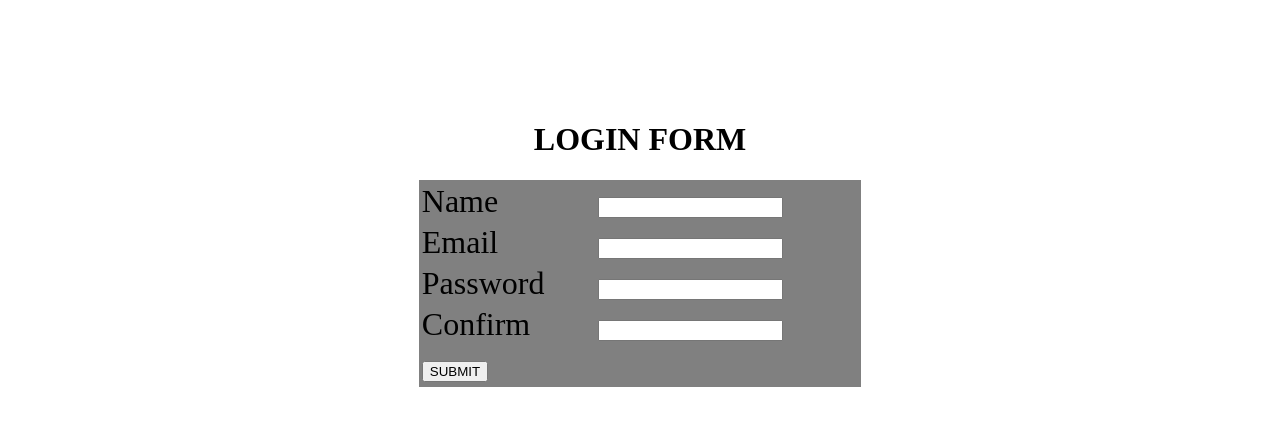
Repository: obusakthi539/Loginform
Page: Login.html
The author's editor kept a copy of each file at every save. The page is drawn from the files as they stood at one save, then again after a run of saves.
The browser window is 1280 px wide. The pictures show the whole page.

Above is the page before, as saved 2025-01-10 18:10:03.

### Login.html
<!DOCTYPE html>
<html lang="en">
<head>
    <meta charset="UTF-8">
    <meta name="viewport" content="width=device-width, initial-scale=1.0">
    <title>Document</title>
    <style>
        body{
             display: flex;
             flex-direction:column;
             align-items: center;
             justify-content: center;
             margin-top: 100px;
        }
        .a{
            background-color:gray;
            font-size: xx-large;
            width: 35%;
            display: flex;
           flex-direction: column;

        }
    </style>
</head>
<body>

    <h1>LOGIN FORM</h1>
    <div class="a">
        <form action=""></form>
        <table>
            <tr>
                <td> <label for="">Name</label></td>
                <td><input type="text"></td>
            </tr>
            <tr>
                <td><label for="">Email</label></td>
                <td><input type="email"></td>
            </tr>
            <tr>
                <td> <label for="">Password</label></td>
                <td><input type="password"></td>
            </tr>
            <tr>
                <td> <label for="">Confirm</label></td>
                <td radio><input type="password"></td>
            </tr>
            <tr>
                <td><button>SUBMIT</button></td>
            </tr>
        </table>
    </div>
</body>
</html>

After the next 4 saves:
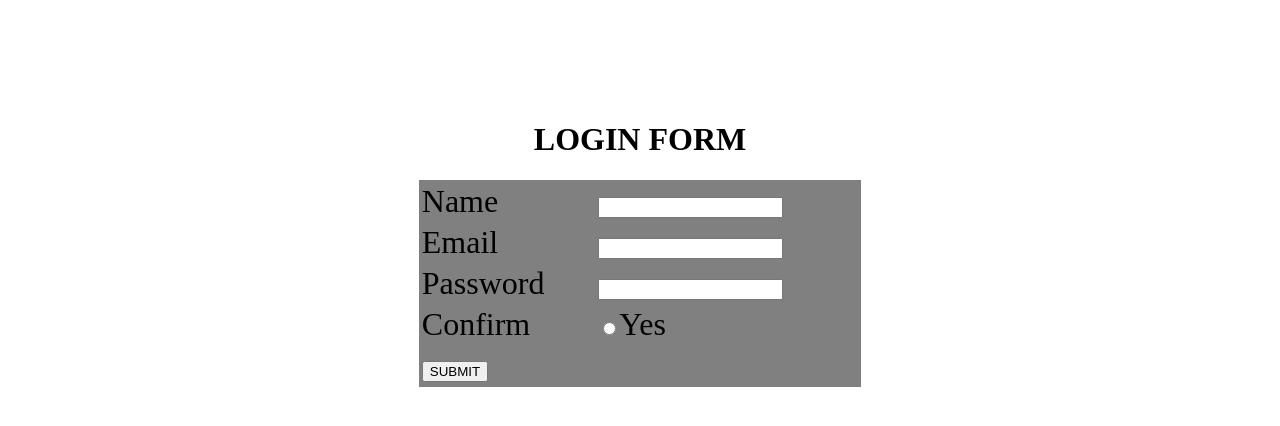
The 4 saves are shown as one change because they came seconds apart.
The last was saved 70 s later.
--- a/Login.html
+++ b/Login.html
@@ -42,7 +42,7 @@
             </tr>
             <tr>
                 <td> <label for="">Confirm</label></td>
-                <td radio><input type="password"></td>
+                <td radio><input type="radio">Yes</td>
             </tr>
             <tr>
                 <td><button>SUBMIT</button></td>
